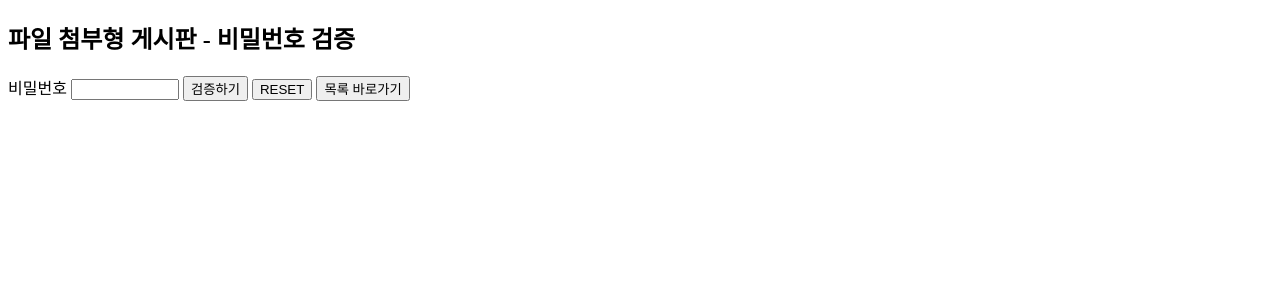
Repository: bluelessman/JSPServlet
Page: http://localhost/ServletStudy/mvcboard/pass.do
The author's editor kept a copy of each file at every save. The page is drawn from the files as they stood at one save, then again after the next save.
The browser window is 1280 px wide. The pictures show the whole page.
The page is served by Tomcat 10. Other server files are loaded and not shown.

Above is the page before, as saved 2023-12-27 07:41:29.
Console error: SyntaxError: Unexpected token '{'

### ServletStudy/src/main/webapp/14MVCBoard/Pass.jsp
<%@ page language="java" contentType="text/html; charset=UTF-8"
    pageEncoding="UTF-8"%>
    <%@ taglib prefix="c" uri="jakarta.tags.core" %>
<!DOCTYPE html>
<html>
<head>
<meta charset="UTF-8">
<title>파일 첨부형 게시판</title>
<script type="text/javascript">
function validateForm(form{
	if(form.pass.value==""){
		alert("비밀번호를 입력하세요.");
		form.pass.focus();
		return false;
	}
}
</script>
</head>
<body>
<h2>파일 첨부형 게시판 - 비밀번호 검증</h2>
<form name="writeFrm" method="post" action="../mvcboard/pass.do" onsubmit="return validateForm(this);">
<input type="hidden" name="idx" value=${param.idx }"/>
<input type="hidden" name="mode" value=${param.mode }"/>
<table border="1" width="90%">
<tr>
<td>비밀번호</td>
<td><input type="password" name="pass" style="width:100px;"/></td>
</tr>
<tr>
<td colspan="2" align="center">
<button type="submit">검증하기</button>
<button type="reset">RESET</button>
<button type="button" onclick="location.href='../mvcboard/list.do';">목록 바로가기</button>
</td>
</tr>
</table>
</form>
</body>
</html>

### ServletStudy/src/main/java/mvcboard/PassController.java
package mvcboard;

import java.io.IOException;

import jakarta.servlet.ServletException;
import jakarta.servlet.annotation.WebServlet;
import jakarta.servlet.http.HttpServlet;
import jakarta.servlet.http.HttpServletRequest;
import jakarta.servlet.http.HttpServletResponse;
@WebServlet("/mvcboard/pass.do")
public class PassController extends HttpServlet {

	/**
	 *
	 */
	private static final long serialVersionUID = 1L;

	@Override
	protected void doGet(HttpServletRequest req, HttpServletResponse resp) throws ServletException, IOException {
		// TODO Auto-generated method stub
		req.setAttribute("mode", req.getParameter("mode"));
		req.getRequestDispatcher("/14MVCBoard/Pass.jsp").forward(req, resp);
	}

}

After the next save:
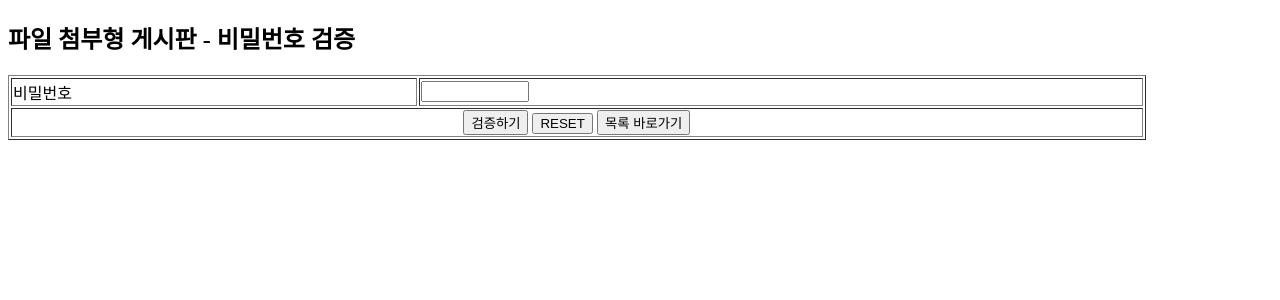
Saved 12 s later.
--- a/ServletStudy/src/main/webapp/14MVCBoard/Pass.jsp
+++ b/ServletStudy/src/main/webapp/14MVCBoard/Pass.jsp
@@ -19,8 +19,8 @@ function validateForm(form{
 <body>
 <h2>파일 첨부형 게시판 - 비밀번호 검증</h2>
 <form name="writeFrm" method="post" action="../mvcboard/pass.do" onsubmit="return validateForm(this);">
-<input type="hidden" name="idx" value=${param.idx }"/>
-<input type="hidden" name="mode" value=${param.mode }"/>
+<input type="hidden" name="idx" value="${param.idx }"/>
+<input type="hidden" name="mode" value="${param.mode }"/>
 <table border="1" width="90%">
 <tr>
 <td>비밀번호</td>
